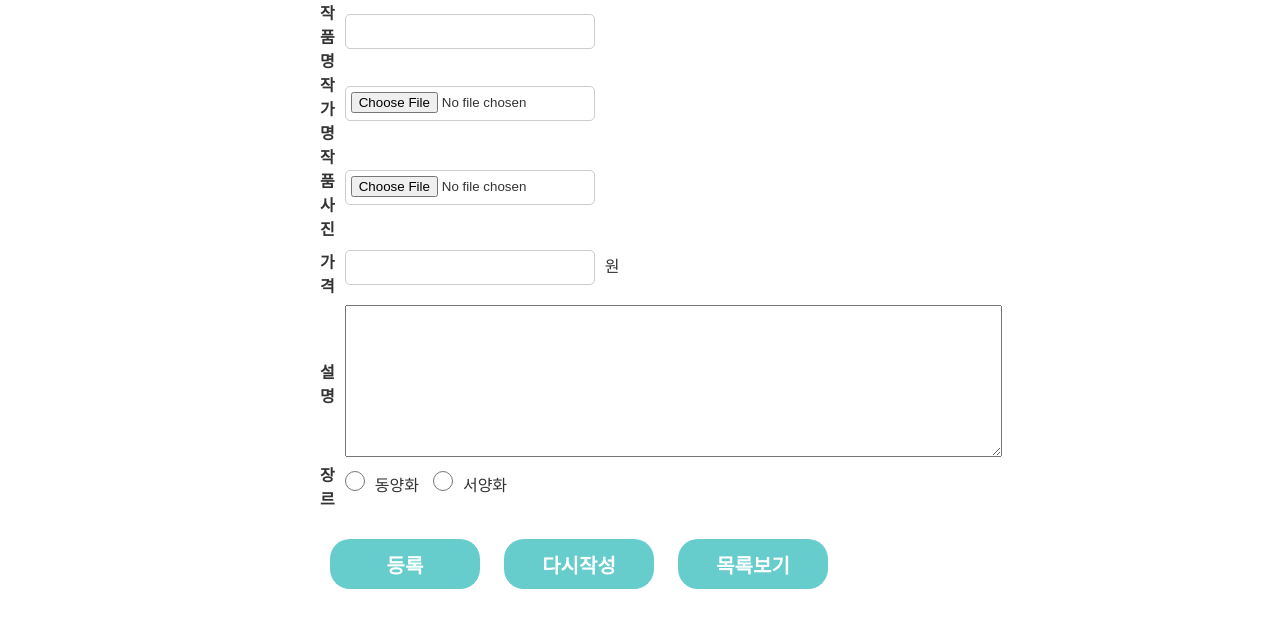
Repository: leeboseok/GalleryIksun
Page: http://localhost/GalleryIkSun/registerProducts.jsp
The author's editor kept a copy of each file at every save. The page is drawn from the files as they stood at one save, then again after the next save.
The browser window is 1280 px wide. The pictures show the whole page.
The page is served by Tomcat 9. Nobody is signed in. The application's start-up code is not run.

Above is the page before, as saved 2024-08-16 11:34:44.

After the next save:
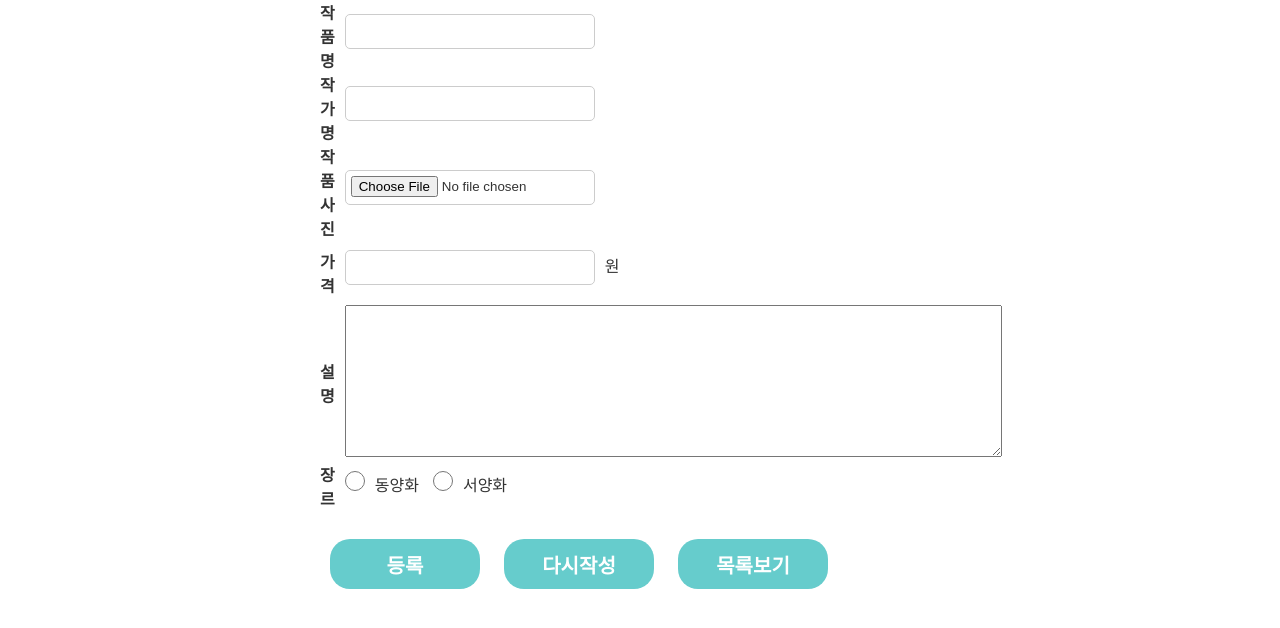
Saved 38 s later.
--- a/GalleryIkSun/src/main/webapp/registerProducts.jsp
+++ b/GalleryIkSun/src/main/webapp/registerProducts.jsp
@@ -17,7 +17,7 @@
 					</tr>
 					<tr>
 						<th>작가명</th>
-						<td><input type="file" name="author"></td>
+						<td><input type="text" name="author"></td>
 					</tr>
 					<tr>
 						<th>작품 사진</th>
